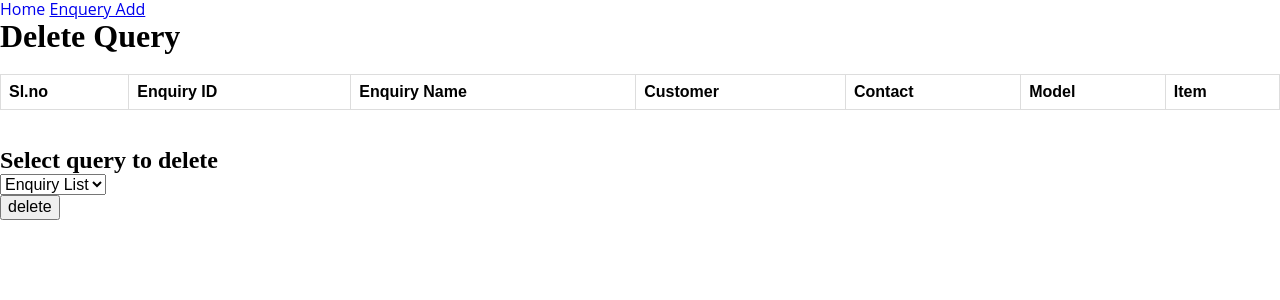
Repository: karthik-H/vms
Page: http://localhost/vms/enquiry-delete.jsp
An editor plug-in stored every save of this project. The page is shown before and after the next save, followed by the edit.
The browser window is 1280 px wide. The pictures show the whole page.
The page is served by Tomcat 9. Queries for data that is not in the repository find no rows.

Above is the page before, as saved 2019-01-25 12:57:07.

After the next save:
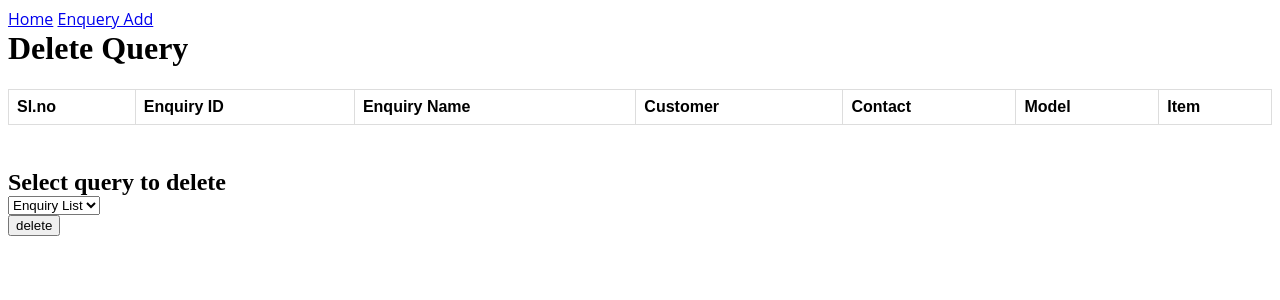
Saved 4 min 14 s later.
--- a/Vehicle/vms/src/main/webapp/enquiry-delete.jsp
+++ b/Vehicle/vms/src/main/webapp/enquiry-delete.jsp
@@ -7,8 +7,7 @@
 <html>
 <head>
 <meta http-equiv="Content-Type" content="text/html; charset=ISO-8859-1">
-  <link rel="stylesheet" href="css/normalize.min.css">
-  <link rel='stylesheet prefetch' href='css/font-awesome.min.css'>
+
   <link rel="stylesheet" href="css/style.css">
 <title>Enquiry delete</title>
 <style>

After the save that followed:
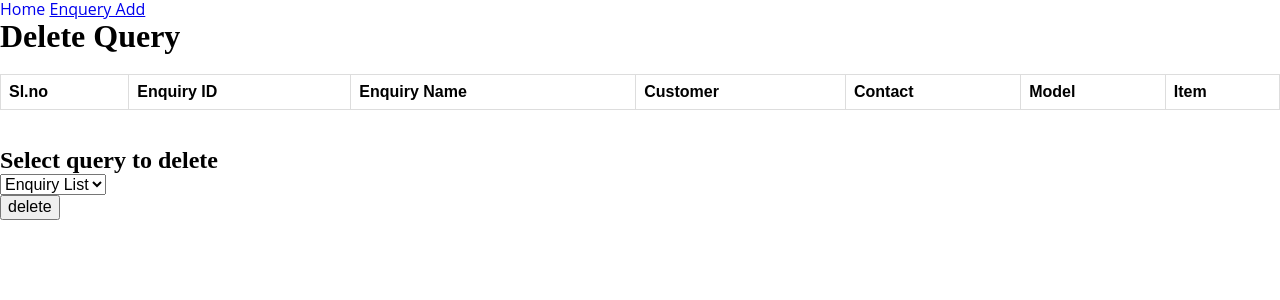
Saved 27 s later.
--- a/Vehicle/vms/src/main/webapp/enquiry-delete.jsp
+++ b/Vehicle/vms/src/main/webapp/enquiry-delete.jsp
@@ -7,7 +7,8 @@
 <html>
 <head>
 <meta http-equiv="Content-Type" content="text/html; charset=ISO-8859-1">
-
+  <link rel="stylesheet" href="css/normalize.min.css">
+  <link rel='stylesheet prefetch' href='css/font-awesome.min.css'>
   <link rel="stylesheet" href="css/style.css">
 <title>Enquiry delete</title>
 <style>
